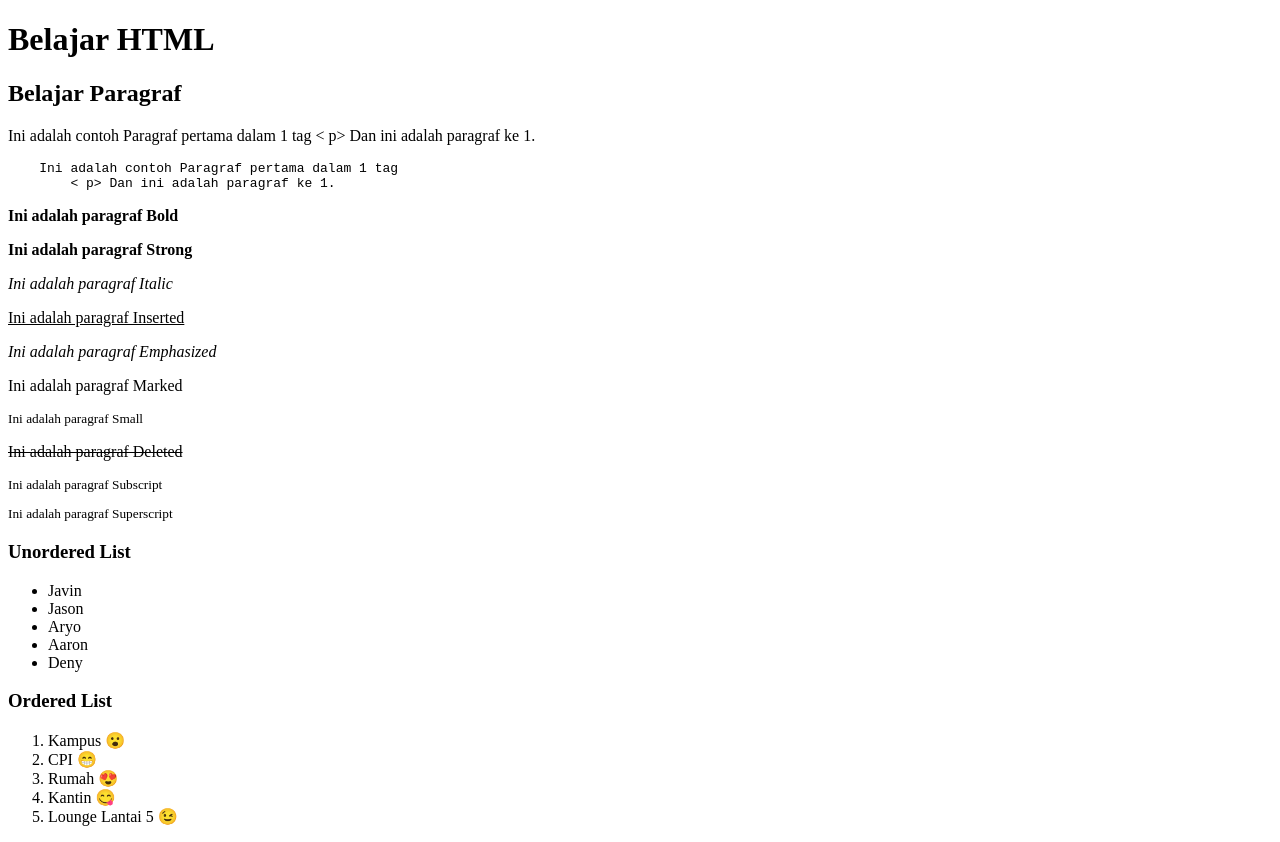
Repository: Gibekkk/WebPro
Page: Tugas HTML 1/index.html
These files come from the project's save history. The page is drawn as it stood at one moment and after a run of saves; the edit follows.
The browser window is 1280 px wide. The pictures show the whole page.

Above is the page before, as saved 2024-03-25 10:08:30.

After the next 4 saves:
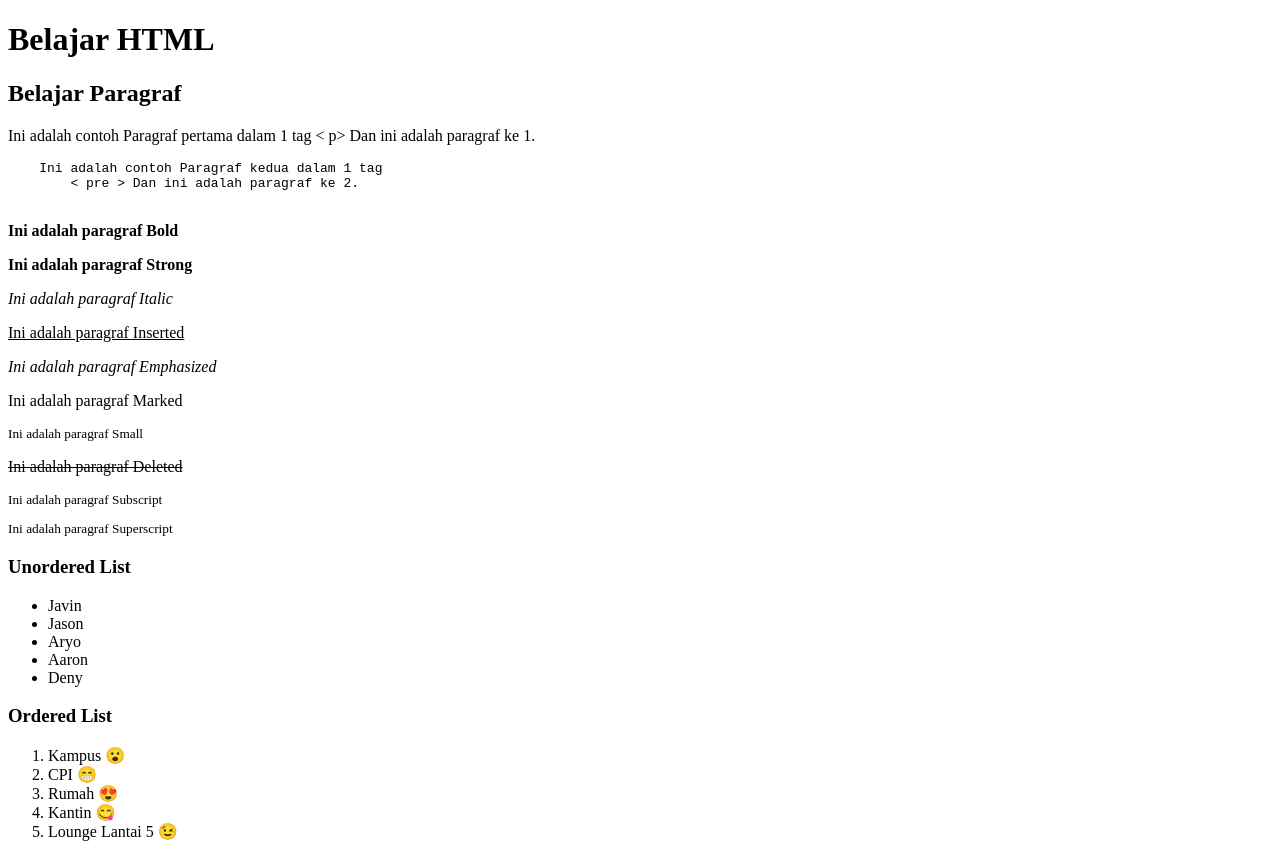
The 4 saves are shown as one change because they came seconds apart.
The last was saved 13 s later.
--- a/Tugas HTML 1/index.html
+++ b/Tugas HTML 1/index.html
@@ -13,9 +13,9 @@
     <p>Ini adalah contoh Paragraf pertama dalam 1 tag
         < p> Dan ini adalah paragraf ke 1.</p>
     <pre>
-    Ini adalah contoh Paragraf pertama dalam 1 tag
-        < p> Dan ini adalah paragraf ke 1.
-</pre>
+    Ini adalah contoh Paragraf kedua dalam 1 tag
+        < pre > Dan ini adalah paragraf ke 2.
+    </pre>
     <b>
         <p>Ini adalah paragraf Bold</p>
     </b>
